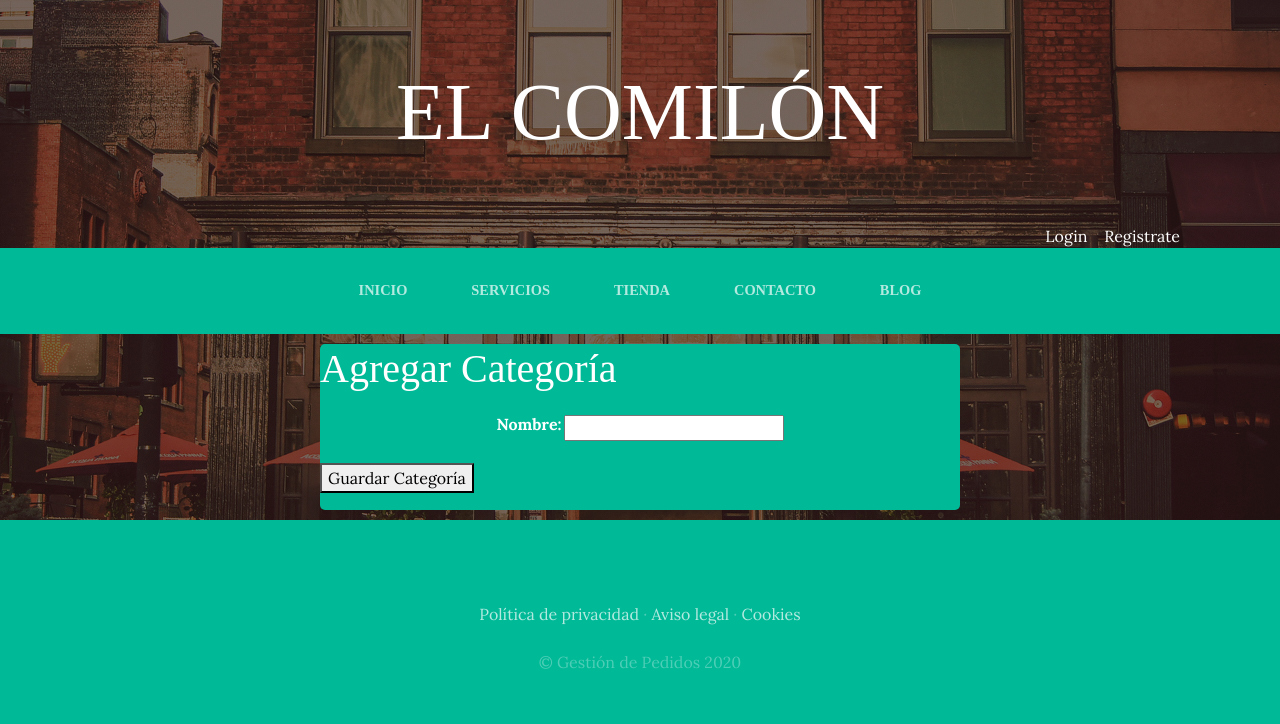
Repository: MatLarrea/Entrega_Elcomilon
Page: http://localhost/tienda/agregar_categoria/
An editor plug-in stored every save of this project. The page is shown before and after the next save, followed by the edit.
The browser window is 1280 px wide. The pictures show the whole page.
Backgrounds fixed to the window are drawn as part of the page. Some web fonts or font styles are not loaded; a fallback is used. The page is served by the project's application, run on Django 5.2 (manage.py). Other server files are loaded and not shown.

Above is the page before, as saved 2024-07-11 21:54:08.
Console error: TypeError: Cannot read properties of null (reading 'addEventListener')

### TiendaApp/templates/tienda/agregar_categoria.html
{% extends 'layouts/base.html'%}

{% load static %}


{% block content %}
<div class="formularioContacto">
    <h1 style="color: white;">Agregar Categoría</h1>
    <form method="post">
        {% csrf_token %}
        <table style="margin:20px auto; color: white;">
        {{ form.as_table }}
        </table>
        <button type="submit">Guardar Categoría</button>
    </form>
</div>
{% endblock%}

### Carrito/context_processor.py
from django.contrib import messages

def importe_total_carro(request):

    total = 0

    if request.user.is_authenticated:
        for key, value in request.session["carrito"].items():
            total = total + float(value["precio"])
    else:
        total = "Error"
    return {"importe_total_carro":total}

### Tienda_OnlineApp/templates/layouts/base.html
<html>

<head>


    {% load static %}
    <!-- Bootstrap -->
    <link href="{% static 'Tienda_OnlineApp/vendor/bootstrap/css/bootstrap.min.css' %}" rel="stylesheet">

    <!-- Fonts -->

    <link href="https://fonts.googleapis.com/css2?family=Raleway:wght@300&display=swap" rel="stylesheet">
    <link href="https://fonts.googleapis.com/css?family=Lora:400,400i,700,700i" rel="stylesheet">


    <!-- Styles -->
    <link href="{% static 'Tienda_OnlineApp/css/gestion.css' %}" rel="stylesheet">
</head>

<body>

    <h1 class="site-heading text-center text-white d-none d-lg-block">

        <span class="site-heading-lower">El comilón</span>
    </h1>

    <div style="text-align: right; margin-right: 100px; color: white;">

        {% if user.is_authenticated %}
           Bienvenido {{user.username}} &nbsp;&nbsp; <a href="{% url 'cerrar_sesion'%}" style="color: white;"> Cerrar sesión</a>
        {% else %}
            <a href="{% url 'logear' %}" style="color: white;">Login</a> &nbsp;&nbsp; <a href="{% url 'registro'%}" style="color: white;">Registrate</a>
        {% endif %}
    </div>
    <!-- Navbar -->
    <nav class="navbar navbar-expand-lg navbar-dark py-lg-4" id="mainNav">
        <div class="container">
            <a class="navbar-brand text-uppercase text-expanded font-weight-bold d-lg-none" href="home.html">Gestión de Pedidos
            </a>
            <button class="navbar-toggler" type="button" data-toggle="collapse" data-target="#navbarResponsive"
                aria-controls="navbarResponsive" aria-expanded="false" aria-label="Toggle navigation">
                <span class="navbar-toggler-icon"></span>
            </button>
            <div class="collapse navbar-collapse" id="navbarResponsive">
                <ul class="navbar-nav mx-auto">
                    <li class="nav-item {% if request.path == '/' %}active{% endif %} px-lg-4">
                        <a class="nav-link text-uppercase text-expanded" href="{% url 'home' %}">Inicio</a>
                    </li>
                    <li class="nav-item {% if request.path == '/servicios/' %}active{% endif %} px-lg-4">
                        <a class="nav-link text-uppercase text-expanded" href="{% url 'servicios' %}">Servicios</a>
                    </li>
                    <li class="nav-item {% if request.path == '/tienda/' %}active{% endif %} px-lg-4">
                        <a class="nav-link text-uppercase text-expanded" href="{% url 'tienda' %}">Tienda</a>
                    </li>
                    <li class="nav-item {% if request.path == '/contacto/' %}active{% endif %} px-lg-4">
                        <a class="nav-link text-uppercase text-expanded" href="{% url 'contacto' %}">Contacto</a>
                    </li>
                    <li class="nav-item {% if request.path|slice:':6' == '/blog/' %}active{% endif %} px-lg-4">
                        <a class="nav-link text-uppercase text-expanded" href="{% url 'blog' %}">Blog</a>
                    </li>
                    {% if user.is_superuser %}
                        <li class="nav-item {% if request.path == '/agregar_categoria/' %}active{% endif %} px-lg-4">
                            <a class="nav-link text-uppercase text-expanded" href="{% url 'agregar_categoria' %}">Administración</a>
                        </li>
                    {% endif %}
                </ul>
            </div>
        </div>
    </nav>

    <!-- Contenido de las paginas-->
    {% block content%}

    {% endblock %}

    <!-- Footer -->
    <footer class="footer text-faded text-center py-5">
        <div class="container">
            <p class="m-0">
                <a href="#" class="link">
                    <span class="fa-stack fa-lg">
                        <i class="fa fa-circle fa-stack-2x"></i>
                        <i class="fa fa-twitter fa-stack-1x fa-inverse"></i>
                    </span>
                </a>
                <a href="#" class="link">
                    <span class="fa-stack fa-lg">
                        <i class="fa fa-circle fa-stack-2x"></i>
                        <i class="fa fa-facebook fa-stack-1x fa-inverse"></i>
                    </span>
                </a>
                <a href="#" class="link">
                    <span class="fa-stack fa-lg">
                        <i class="fa fa-circle fa-stack-2x"></i>
                        <i class="fa fa-instagram fa-stack-1x fa-inverse"></i>
                    </span>
                </a>
            </p>
            <p class="m-0 mbt">
                <a href="sample.html" class="link">Política de privacidad</a> ·
                <a href="sample.html" class="link">Aviso legal</a> ·
                <a href="sample.html" class="link">Cookies</a>
            </p>
            <p class="m-0 mbt1">&copy; Gestión de Pedidos 2020</p>
        </div>
    </footer>

    <!-- Bootstrap -->
    <script src="{% static 'Tienda_OnlineApp/vendor/jquery/jquery.min.js' %}"></script>
    <script src="{% static 'Tienda_OnlineApp/vendor/bootstrap/js/bootstrap.bundle.min.js' %}"></script>
    <script src="{% static 'Tienda_OnlineApp/js/gestion.js' %}"></script>
</body>

</html>

### TiendaApp/forms.py
from django import forms
from .models import Categoria_producto

class CategoriaProductoForm(forms.ModelForm):
    class Meta:
        model = Categoria_producto
        fields = ['nombre']

### TiendaApp/models.py
from django.db import models

# Create your models here.
class Categoria_producto(models.Model):
    nombre = models.CharField(max_length=50)
    created = models.DateTimeField(auto_now_add=True)
    updated = models.DateTimeField(auto_now_add=True)

    class Meta:
        verbose_name = "categoria_producto"
        verbose_name_plural = "categorias_producto"

    def __str__(self):
        return self.nombre

class Producto(models.Model):
    nombre = models.CharField(max_length=50)
    precio = models.FloatField()
    categorias =  models.ForeignKey(Categoria_producto, on_delete=models.CASCADE)
    imagen = models.ImageField(upload_to="tienda", null=True, blank=True)
    disponibilidad = models.BooleanField(default=True)
    created = models.DateTimeField(auto_now_add=True)
    updated = models.DateTimeField(auto_now_add=True)

    class Meta:
        verbose_name = "producto"
        verbose_name_plural = "productos"

    def __str__(self):
        return self.nombre

### TiendaApp/views.py
from django.shortcuts import render, redirect
from .models import Producto
from .forms import CategoriaProductoForm

# Create your views here.
def tienda(request):
    productos = Producto.objects.all()
    return render(request, "tienda/tienda.html", {"productos":productos})

def agregar_categoria(request):
    if request.method == 'POST':
        form = CategoriaProductoForm(request.POST)
        if form.is_valid():
            form.save()
            return redirect('nombre_de_tu_vista_o_url')
    else:
        form = CategoriaProductoForm()
    return render(request, 'tienda/agregar_categoria.html', {'form': form})

### Tienda_Online/urls.py
"""
URL configuration for Tienda_Online project.

The `urlpatterns` list routes URLs to views. For more information please see:
    https://docs.djangoproject.com/en/5.0/topics/http/urls/
Examples:
Function views
    1. Add an import:  from my_app import views
    2. Add a URL to urlpatterns:  path('', views.home, name='home')
Class-based views
    1. Add an import:  from other_app.views import Home
    2. Add a URL to urlpatterns:  path('', Home.as_view(), name='home')
Including another URLconf
    1. Import the include() function: from django.urls import include, path
    2. Add a URL to urlpatterns:  path('blog/', include('blog.urls'))
"""
from django.contrib import admin
from django.urls import path, include
from django.conf import settings
from django.conf.urls.static import static

urlpatterns = [
    path('admin/', admin.site.urls),
    path('', include("Tienda_OnlineApp.urls")),
    path('servicios/', include("ServiciosApp.urls")),
    path('blog/', include("BlogApp.urls")),
    path('contacto/', include("ContactoApp.urls")),
    path('tienda/', include("TiendaApp.urls")),
    path('carrito/', include("Carrito.urls")),
    path('auth/', include("AutentificacionApp.urls")),
]

urlpatterns += static(settings.MEDIA_URL, document_root = settings.MEDIA_ROOT)

### ServiciosApp/urls.py
from django.urls import path
from . import views

urlpatterns = [
    path('', views.servicios, name="servicios"),
]

### BlogApp/urls.py
from django.urls import path
from . import views

urlpatterns = [
    path('', views.blog, name="blog"),
    path('categoria/<categoria_id>/', views.categoria, name="categoria"),
]

### ContactoApp/urls.py
from django.urls import path
from . import views

urlpatterns = [
    path('', views.contacto, name="contacto"),
]

### TiendaApp/urls.py
from django.urls import path
from . import views
from .views import agregar_categoria


urlpatterns = [
    path('', views.tienda, name="tienda"),
    path('agregar_categoria/', agregar_categoria, name='agregar_categoria'),
]

### Carrito/urls.py
from django.urls import path
from . import views

app_name = "ctienda"

urlpatterns = [

    path("agregar/<int:producto_id>/", views.agregar_producto, name="agregar"),
    path("eliminar/<int:producto_id>/", views.eliminar_producto, name="eliminar"),
    path("restar/<int:producto_id>/", views.restar_producto, name="restar"),
    path("limpiar/", views.limpiar_carrito, name="limpiar"),
]

### AutentificacionApp/urls.py
from django.urls import path
from .views import VRegistro, cerrar_sesion, logear



urlpatterns = [
    path('', VRegistro.as_view() , name="registro"),
    path('cerrar_sesion', cerrar_sesion, name="cerrar_sesion"),
    path('login', logear, name="logear"),
]

### Tienda_OnlineApp/static/Tienda_OnlineApp/css/gestion.css
body {
  font-family: 'Lora';
  background: linear-gradient(rgba(47, 23, 15, 0.65), rgba(47, 23, 15, 0.65)), url("../img/bg_mainn.jpg");
  background-attachment: fixed;
  background-position: center;
  background-size: cover;
}

h1,
h2,
h3,
h4,
h5,
h6 {
  font-family: 'Raleway';
}

p {
  line-height: 1.75;
}

.text-faded {
  color: rgba(255, 255, 255, 0.3);
}

.site-heading {
  margin-top: 5rem;
  margin-bottom: 5rem;
  text-transform: uppercase;
  line-height: 1;
  font-family: 'Raleway';
}

.site-heading .site-heading-upper {
  display: block;
  font-size: 2rem;
  font-weight: 800;
}

.site-heading .site-heading-lower {
  font-size: 5rem;
  font-weight: 100;
  line-height: 4rem;
}

.page-section {
  margin-top: 5rem;
  margin-bottom: 5rem;
}

.section-heading {
  text-transform: uppercase;
}

.section-heading .section-heading-upper {
  display: block;
  font-size: 1rem;
  font-weight: 800;
  padding-bottom: .5rem;

}

.section-heading .section-heading-lower {
  display: block;
  font-size: 3rem;
  font-weight: 100;
}


.section-heading .section-heading-under {
  display: block;
  font-size: 1rem;
  text-transform: none;
  font-weight: 300;
  margin-top: .5rem;
}

.bg-faded {
  background-color: rgba(255, 255, 255, 0.85);
}

#mainNav {
  background-color: rgb(0, 185, 151);
  font-family: 'Raleway';
}

#mainNav .navbar-brand {
  color: #ffffff;
}

#mainNav .navbar-nav .nav-item .nav-link {
  color: rgba(255, 255, 255, 0.7);
  font-weight: 800;
}

#mainNav .navbar-nav .nav-item.active .nav-link {
  color: #ffffff;
  text-decoration: underline;
}

@media (min-width: 992px) {
  #mainNav .navbar-nav .nav-item .nav-link {
    font-size: 0.9rem;
  }

  #mainNav .navbar-nav .nav-item .nav-link:hover {
    color: rgba(255, 255, 255, 0.4);
    text-decoration: underline;
  }

  #mainNav .navbar-nav .nav-item.active .nav-link:hover {
    color: #ffffff;
    text-decoration: underline;
  }
}

.btn-xl {
  font-weight: 700;
  font-size: 0.8rem;
  padding-top: 1.5rem;
  padding-bottom: 1.5rem;
  padding-left: 2rem;
  padding-right: 2rem;
}

.intro {
  position: relative;
}

@media (min-width: 992px) {
  .intro .intro-img {
    width: 75%;
    float: left;
  }

  .intro .intro-text {
    left: 600;
    width: 60%;
    margin-top: 3rem;
    background-color: rgb(0, 185, 151);
    color: cornsilk;
    position: absolute;
  }

  .intro .intro-text .intro-button {
    width: 100%;
    left: 0;
    position: absolute;
    bottom: -2rem;
  }
}

@media (min-width: 1200px) {
  .intro .intro-text {
    width: 45%;
  }
}

.cta {
  padding-top: 5rem;
  padding-bottom: 5rem;
  background-color: rgb(242, 245, 240);
}

.cta .cta-inner {
  position: relative;
  padding: 3rem;
  margin: 0.5rem;
  background-color: rgb(0, 185, 151);
  color: cornsilk;
}

.cta .cta-inner:before {
  border-radius: 0.5rem;
  content: '';
  position: absolute;
  top: -0.5rem;
  bottom: -0.5rem;
  left: -0.5rem;
  right: -0.5rem;
  border: 0.25rem solid rgba(255, 255, 255, 0.85);
}

.cta .cta-innerv {
  position: relative;
  padding: 3rem;
  margin: 0.5rem;
  background-color: rgba(255, 255, 255, 0.85);
}

@media (min-width: 992px) {
  .about-heading .about-heading-img {
    position: relative;
    z-index: 0;
  }

  .about-heading .about-heading-content {
    margin-top: -5rem;
    position: relative;
    z-index: 1;
  }
}

@media (min-width: 992px) {
  .product-item .product-item-title {
    position: relative;
    z-index: 1;
    margin-bottom: -3rem;
  }

  .product-item .product-item-img {
    position: relative;
    z-index: 0;
    max-width: 60vw;
  }

  .product-item .product-item-description {
    position: relative;
    z-index: 1;
    margin-top: -3rem;
    max-width: 50vw;
  }
}



@media (min-width: 992px) {
  .list-hours {
    width: 50%;
    font-size: 1.1rem;
  }
}

.address strong {
  font-size: 1.2rem;
}

.footer {
  background-color: rgb(0, 185, 151);
}



.btn {
  box-shadow: 0px 3px 3px 0px rgba(33, 37, 41, 0.1);
}



.font-weight-light {
  font-weight: 100 !important;
}

.mbtm {
  padding-top: 5rem;
}

.mbt {
  padding-top: 2rem;
}

.mbt1 {
  padding-top: 1.25rem;
}

a.link {
  color: rgba(255, 255, 255, 0.7);
}

a.link:hover {
  text-decoration: none;
  color: rgba(255, 255, 255, 0.4);
}

.section-content {
  font-family: 'Lora' !important;
  font-size: 16px !important;
  font-weight: 400 !important;
  line-height: 28px !important;
}

ul.errorlist {
  padding-top: .75rem;
  font-style: italic;
  color: red;
}

.linksCategorias{
  color: white !important;
  text-decoration: underline;
}

.linksCategorias:hover{
  text-decoration: none;
}

.formularioContacto{
  background-color:  rgb(0, 185, 151);
  margin: auto;
  width: 50%;
  margin: 10px auto;
  border-radius: 5px;
  padding: 1px 0px;
}

/*Mapa api*/

#encuentranos p{
  text-align: center;
}

#map{
  border-radius: 5rem;
  border-style: ridge;
  border-width: 1rem;
  border-color:  rgb(0, 185, 151);
  height: 30rem;
  width: 80%;
  margin: auto;
}

.texto-mapa{
  color: black;
  font-size: 2rem;
}

.mapa{
  background-color: #fff;
  padding-bottom: 5rem;
}

.clima button{

  text-decoration: none;
  color: #fff;
  border-color: black;
  max-width: 20rem;
  height: 2rem;
}

#resultado{
  background-color:   rgb(0, 185, 151);
  color: black;
  max-width: 15rem;
}

#inicio{
  margin: 1% 1%;
}

### Tienda_OnlineApp/static/Tienda_OnlineApp/js/gestion.js
//Creacion de ubicacion localizacion local google map api
let map;
async function initMap() {
  let coord  = {lat:-33.012516 ,lng:-71.549197 };
  const { Map } = await google.maps.importLibrary("maps");
  map = new Map(document.getElementById("map"), {
    center: coord,
    zoom: 16,
  });
  var marker = new google.maps.Marker({
    position: coord,
    map: map
});
}
initMap();


//Obtencion datos API openweathermap
let key = 'b2158dabed90c6c3a9797b6e96405750';
let ciudad = document.getElementById('city');
let boton = document.getElementById('btn');
let resultado = document.getElementById('resultado');
let get_weather = () => {
  let city_name = ciudad.value;
    let url = `https://api.openweathermap.org/data/2.5/weather?q=${city_name}&appid=${key}&units=metric`
    fetch(url).then((resp) => resp.json()).then(data => {
      console.log("la temperatura es " +(data.main.temp)+'°');
      console.log(data.weather[0].description);
      console.log(data);
      resultado.innerHTML = `<h2>${data.name} | ${data.main.temp+'°'}</h2>`
    });
}
boton.addEventListener('click',get_weather);

Loaded but not shown: Tienda_OnlineApp/urls.py (common file)

After the next save:
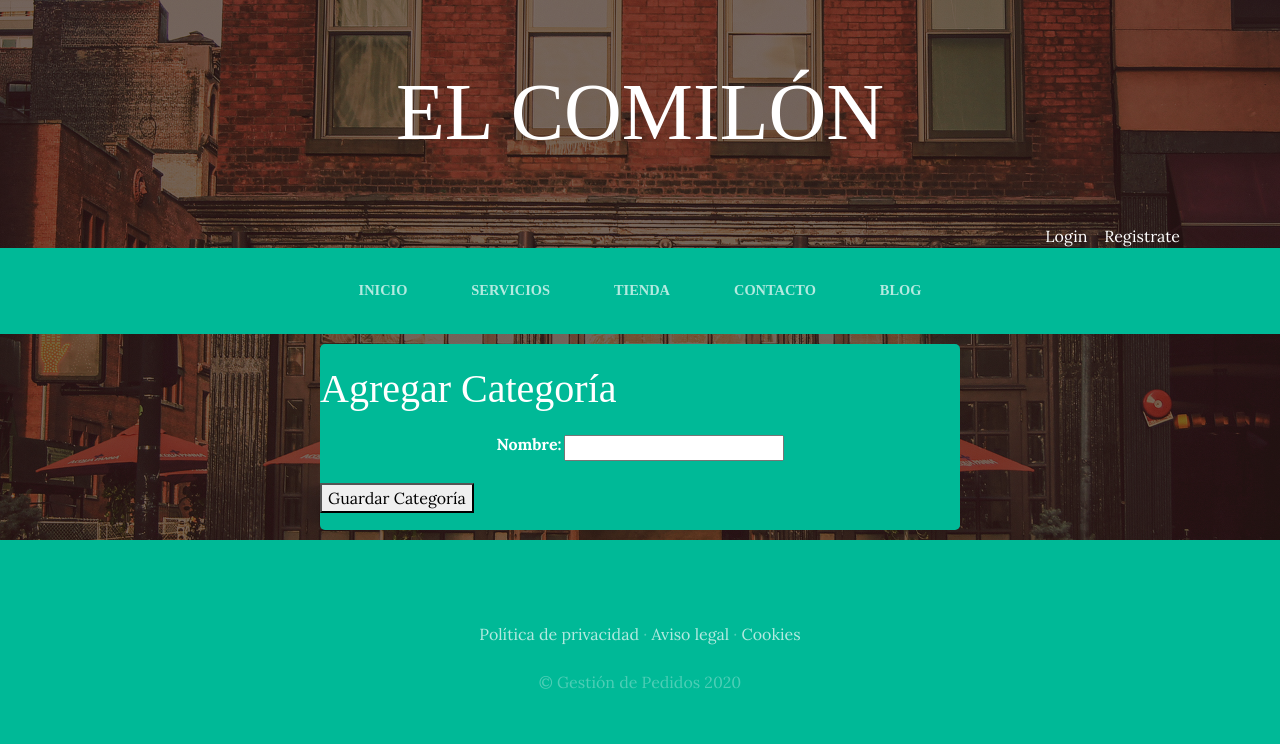
Saved 24 s later.
--- a/TiendaApp/templates/tienda/agregar_categoria.html
+++ b/TiendaApp/templates/tienda/agregar_categoria.html
@@ -5,7 +5,7 @@
 
 {% block content %}
 <div class="formularioContacto">
-    <h1 style="color: white;">Agregar Categoría</h1>
+    <h1 style="color: white; margin:20px auto;">Agregar Categoría</h1>
     <form method="post">
         {% csrf_token %}
         <table style="margin:20px auto; color: white;">

After the save that followed:
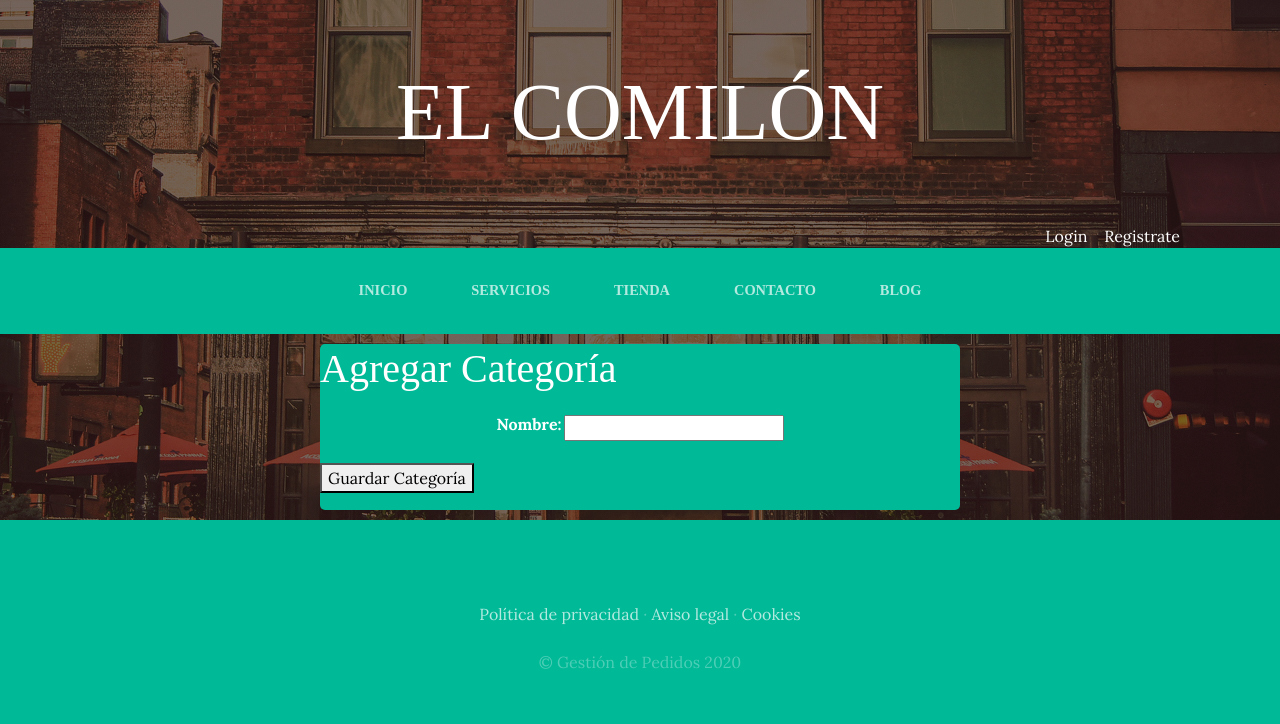
Saved 57 s later.
--- a/TiendaApp/templates/tienda/agregar_categoria.html
+++ b/TiendaApp/templates/tienda/agregar_categoria.html
@@ -5,13 +5,13 @@
 
 {% block content %}
 <div class="formularioContacto">
-    <h1 style="color: white; margin:20px auto;">Agregar Categoría</h1>
+    <h1 style="color: white;">Agregar Categoría</h1>
     <form method="post">
         {% csrf_token %}
         <table style="margin:20px auto; color: white;">
         {{ form.as_table }}
         </table>
-        <button type="submit">Guardar Categoría</button>
+        <button type="submit" style="align-self: center;">Guardar Categoría</button>
     </form>
 </div>
 {% endblock%}
